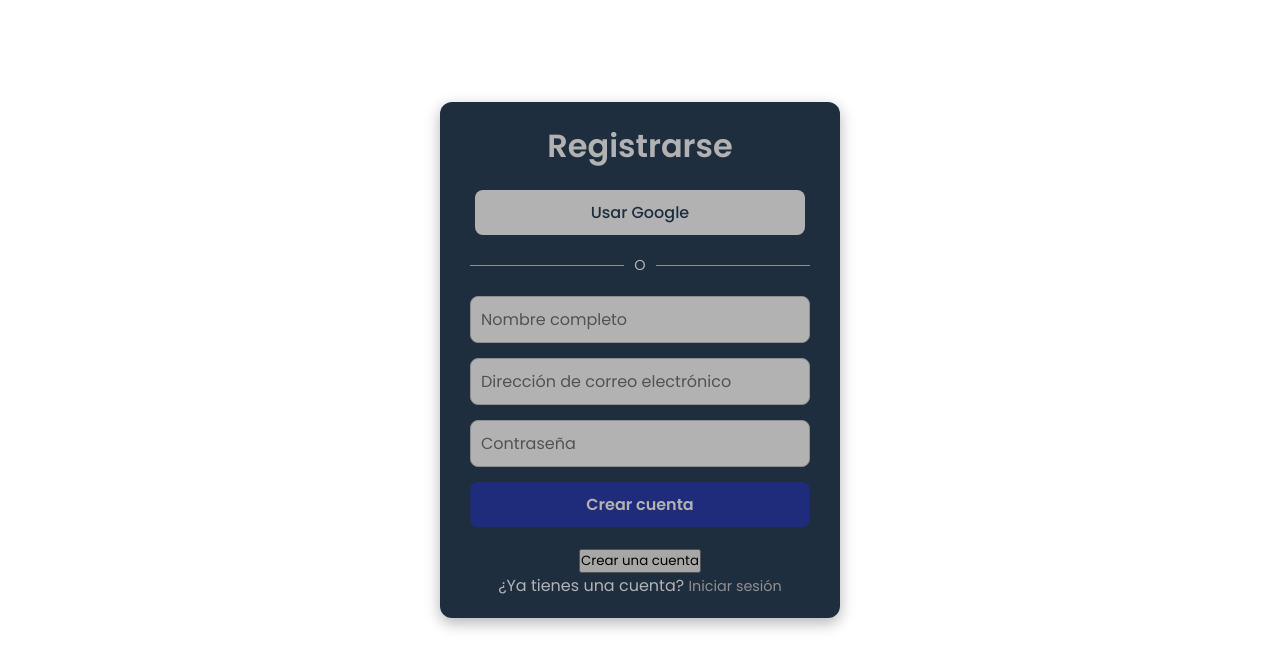
Repository: ct24paolagonzalez/Maquetacion-ABA
Page: Nueva carpeta/signup.html
The author's editor kept a copy of each file at every save. The page is drawn from the files as they stood at one save, then again after a run of saves.
The browser window is 1280 px wide. The pictures show the whole page.

Above is the page before, as saved 2025-01-24 16:14:57.

### Nueva carpeta/signup.html
<!DOCTYPE html>
<html lang="en">
<head>
    <meta charset="UTF-8">
    <meta name="viewport" content="width=device-width, initial-scale=1.0">
    <title>Signup/Login Form</title>
    <link href="https://fonts.googleapis.com/css2?family=Poppins:wght@300;400;500;600;700;800&display=swap" rel="stylesheet">
    <style>
        * {
            margin: 0;
            padding: 0;
            box-sizing: border-box;
            font-family: 'Poppins', sans-serif;
        }

        body {
            display: flex;
            justify-content: center;
            align-items: center;
            height: 100vh;
            background-color: white ;
            background-size: cover;
            background-position: center;
            filter: brightness(70%) saturate(120%);
        }

        .container {
            position: relative;
            width: 400px;
            padding: 20px 30px;
            background-color: #2F4156;
            border-radius: 12px;
            box-shadow: 0 5px 15px rgba(0, 0, 0, 0.3);
            color: white;
        }

        .container header {
            font-size: 2rem;
            text-align: center;
            margin-bottom: 20px;
            font-weight: 600;
        }

        .social-buttons {
            display: flex;
            justify-content: space-between;
            margin-bottom: 20px;
        }

        .social-buttons button {
            flex: 1;
            margin: 0 5px;
            padding: 10px;
            border: none;
            border-radius: 8px;
            font-size: 1rem;
            background: white;
            color: #2F4156;
            font-weight: 500;
            cursor: pointer;
        }

        .separator {
            display: flex;
            align-items: center;
            margin: 20px 0;
        }

        .separator .line {
            flex: 1;
            height: 1px;
            background: #ccc;
        }

        .separator p {
            margin: 0 10px;
            color: white;
            font-size: 0.9rem;
        }

        form {
            display: flex;
            flex-direction: column;
        }

        form input {
            margin-bottom: 15px;
            padding: 10px;
            font-size: 1rem;
            border: 1px solid #ccc;
            border-radius: 8px;
            outline: none;
        }

        form .btn {
            padding: 10px;
            font-size: 1rem;
            border: none;
            border-radius: 8px;
            background: #303f9f;
            color: white;
            font-weight: 600;
            cursor: pointer;
            transition: background 0.3s ease;
        }

        form .btn:hover {
            background: #1d2b70;
        }

        .switch {
            text-align: center;
            margin-top: 20px;
        }

        .switch a {
            color: #ccc;
            text-decoration: none;
            font-size: 0.9rem;
        }

        .switch a:hover {
            color: white;
        }
    </style>
</head>
<body>
    <div class="container">
        <header>Registrarse</header>
        <div class="social-buttons">
            <button>Usar Google</button>
        </div>
        <div class="separator">
            <div class="line"></div>
            <p>O</p>
            <div class="line"></div>
        </div>
        <form>
            <input type="text" placeholder="Nombre completo">
         <input type="email" placeholder="Dirección de correo electrónico">
            <input type="password" placeholder="Contraseña">
            <button class="btn">Crear cuenta</button>
        </form>
        <div class="switch">

 <div class="button-container">
        <button class="button" onclick="window.open ('signup.html', '_blank')">Crear una cuenta</button>
    </div>

            <p>¿Ya tienes una cuenta? <a href="#">Iniciar sesión</a></p>
        </div>
    </div>
</body>
</html>

After the next 3 saves:
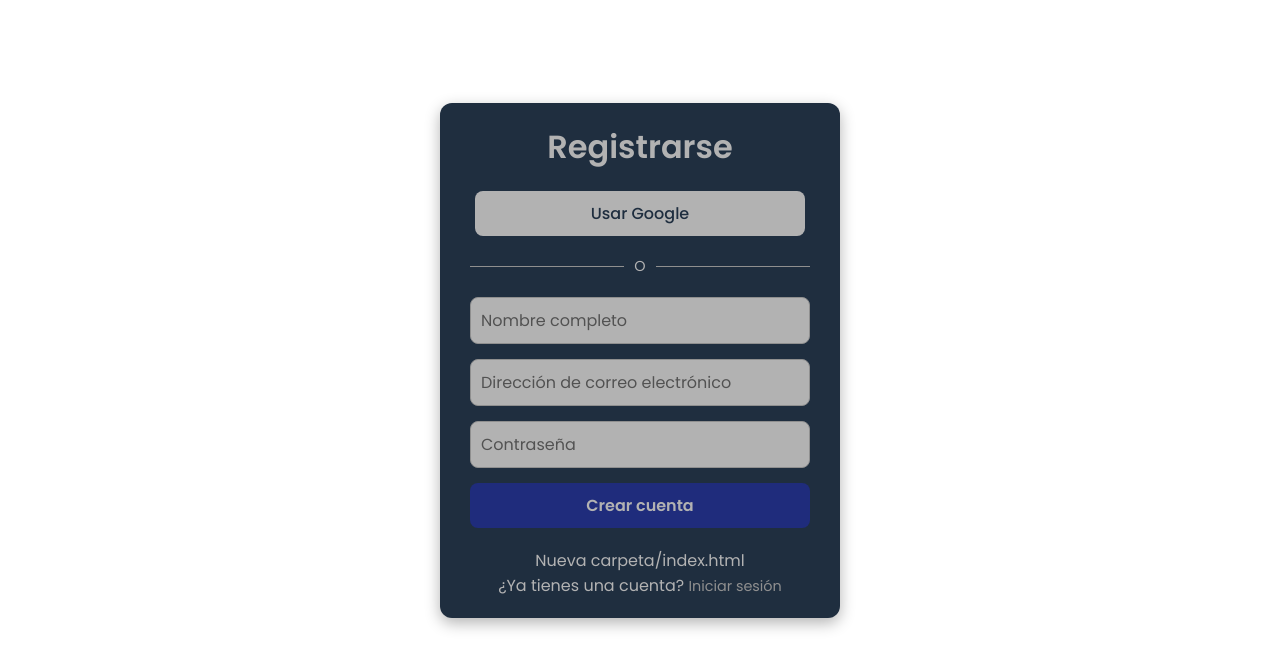
The 3 saves are shown as one change because they came seconds apart.
The last was saved 10 s later.
--- a/Nueva carpeta/signup.html
+++ b/Nueva carpeta/signup.html
@@ -143,9 +143,7 @@
         </form>
         <div class="switch">
 
- <div class="button-container">
-        <button class="button" onclick="window.open ('signup.html', '_blank')">Crear una cuenta</button>
-    </div>
+Nueva carpeta/index.html
 
             <p>¿Ya tienes una cuenta? <a href="#">Iniciar sesión</a></p>
         </div>
